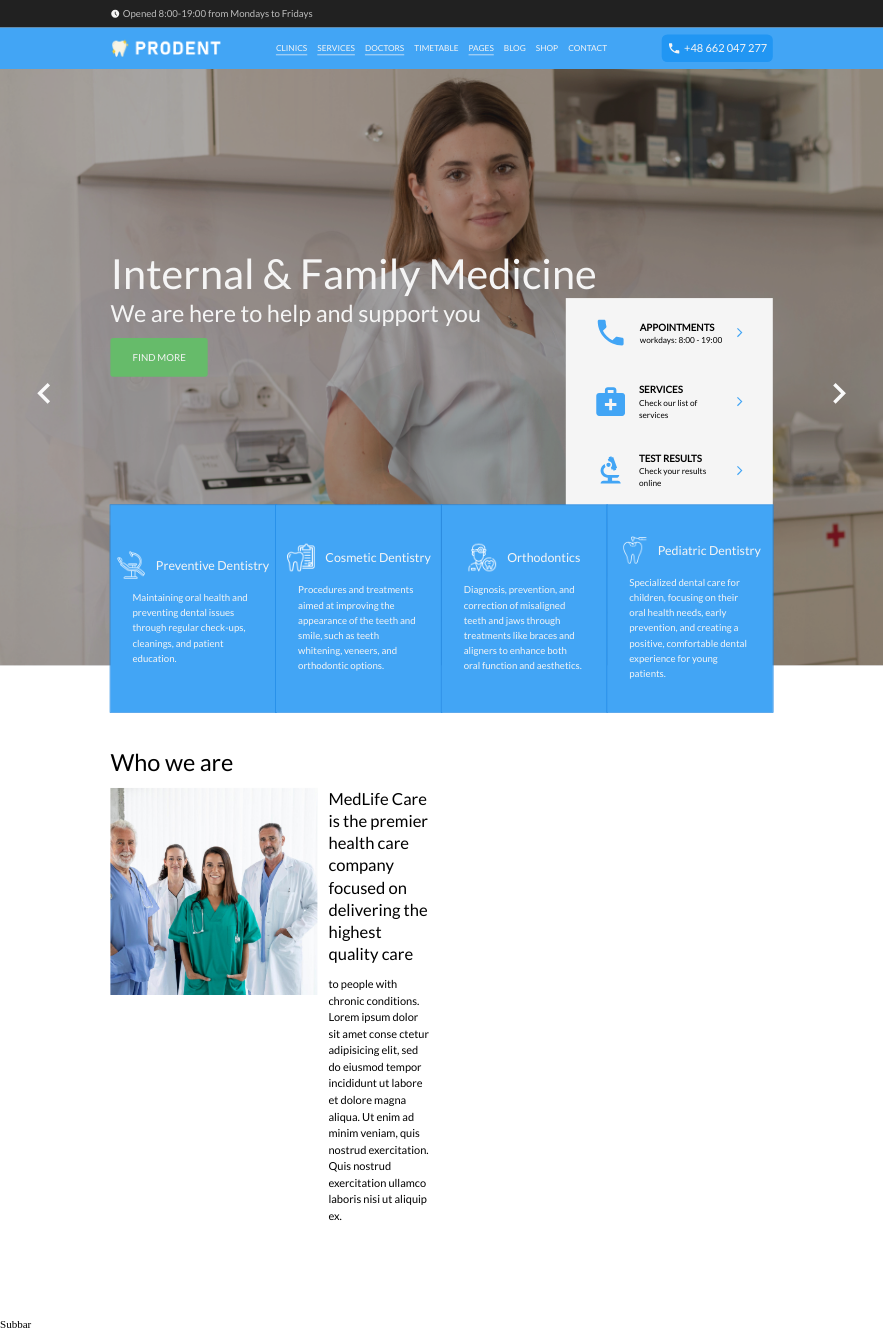
Repository: princ3-web/8
Page: /
The author's editor kept a copy of each file at every save. The page is drawn from the files as they stood at one save, then again after a run of saves.
The browser window is 1280 px wide. The pictures show the whole page, at 69% of full size.
The project was rebuilt for these pictures with package versions that can differ from the ones it lists, and the page was loaded fresh each time. Also part of the build but not shown: vite.config.js, src/subpages/About.jsx, src/index.css.

Above is the page before, as saved 2023-11-02 15:17:36.

After the next 6 saves:
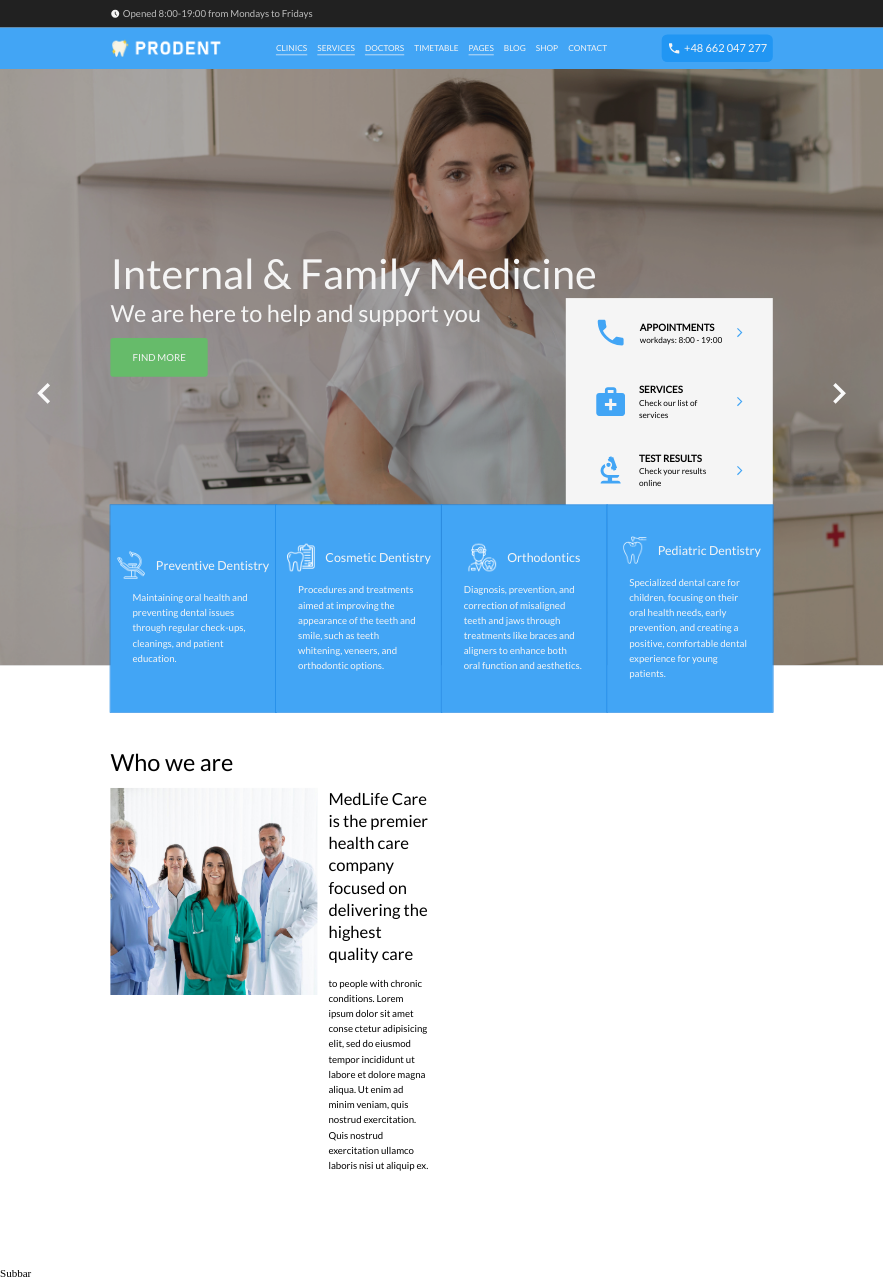
The 6 saves are shown as one change because they came seconds apart.
The last was saved 22 s later.
--- a/src/subpages/Home.jsx
+++ b/src/subpages/Home.jsx
@@ -247,7 +247,7 @@ const Home = () => {
               quality care
             </Typography>
 
-          <Typography>
+          <Typography  variant="subtitle2">
             to people with chronic conditions. Lorem ipsum dolor sit amet conse ctetur adipisicing
             elit, sed do eiusmod tempor incididunt ut labore et dolore magna aliqua. Ut enim ad
             minim veniam, quis nostrud exercitation. Quis nostrud exercitation ullamco laboris nisi
